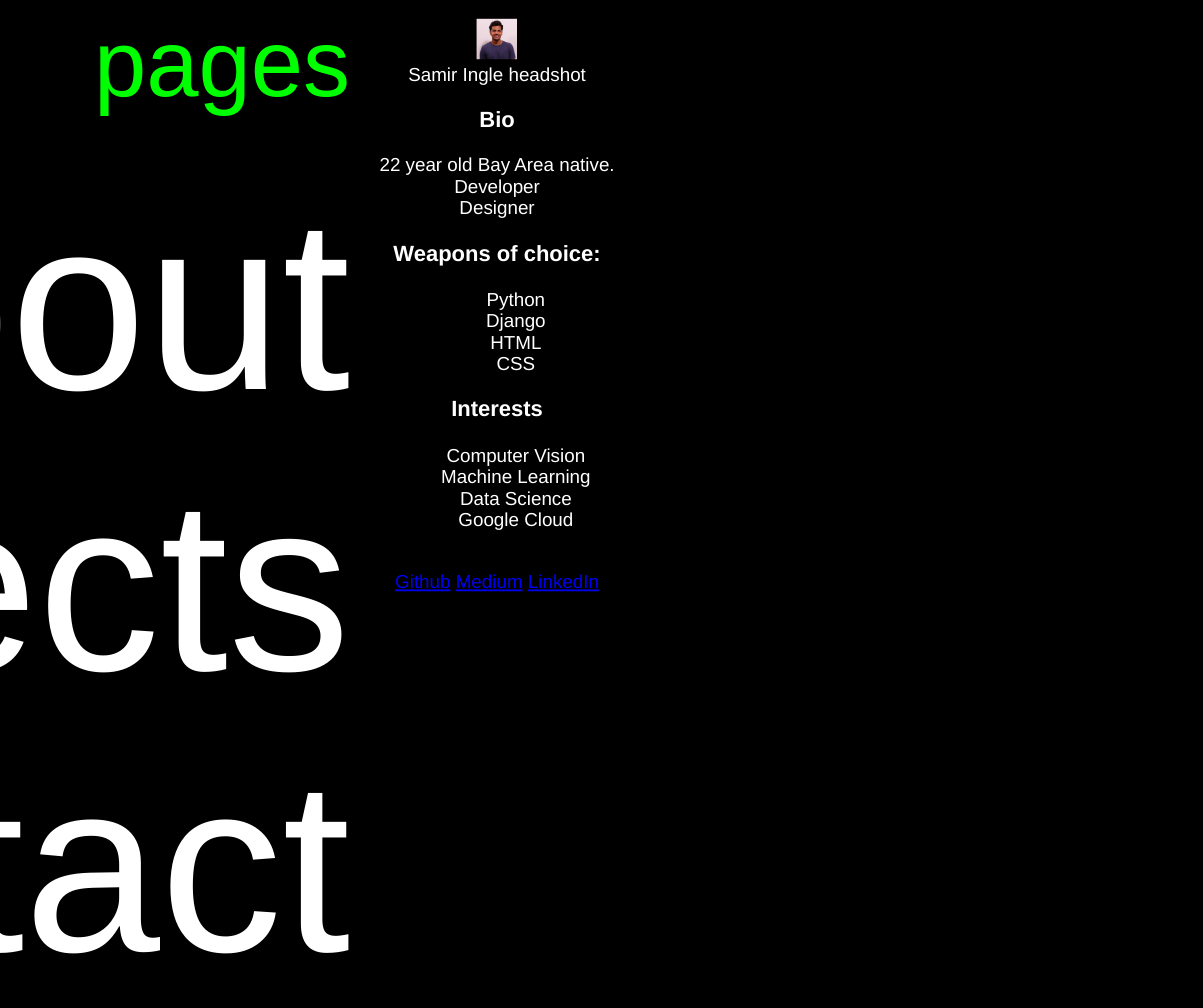
Repository: SamirIngley/html-semantic
Page: templates/about.html
These files come from the project's save history. The page is drawn as it stood at one moment and after the next save; the edit follows.
The browser window is 1280 px wide. The pictures show the whole page, at 94% of full size.

Above is the page before, as saved 2020-02-05 21:49:53.

### templates/about.html
<!DOCTYPE html>
<html lang="en">
<div class="wrapper">
    <head>
        <meta charset="UTF-8">
        <meta name="viewport" content="width=device-width, initial-scale=1.0">
        <meta http-equiv="X-UA-Compatible" content="ie=edge">
        <link href="style.css" rel="stylesheet">
        <title>Samir Ingle</title>
    </head>
    <body>

    </body>
    </html>
    <header-right>
        <nav>
            <div class='dropdown'>
                <button class='dropbtn'>pages</button>
                <div class="dropdown-content">
                    <a href="/about">about</a>
                    <a href="/projects">projects</a>
                    <a href="/contact">contact</a>
                </div>
            </div>
        </nav>
    </header-right>
    <body>
    <center>
    <figure>
            <img src="static/images/prof_pic.jpeg" alt="samir-profile-pic" style="width:20%;">
            <figcaption>Samir Ingle headshot</figcaption>
        </figure>

        <div class="bio">
            <h3>Bio</h3>
            <p>
            22 year old Bay Area native.
            <br>
            Developer
            <br>
            Designer
            </p>
        </div>
        <div class="bio">
            <h3>Weapons of choice:</h3>
            <ul>
                <li>Python</li>
                <li>Django</li>
                <li>HTML</li>
                <li>CSS</li>
            </ul>
        </div>
        <div class="bio">
            <h3>Interests</h3>
            <ul>
                <li>Computer Vision</li>
                <li>Machine Learning</li>
                <li>Data Science</li>
                <li>Google Cloud</li>
            </ul>
        </div>
            <p>

    </body>

    <footer>
            <br>
            <a href="https://github.com/SamirIngley">Github</a>
            <a href="https://medium.com/@SamirIngle">Medium</a>
            <a href="https://www.linkedin.com/in/samiringle/">LinkedIn</a>
    </footer>
    </center>
</div>

### templates/style.css

* {
    box-sizing: border-box;
}

body {
  margin: 0;
  font-size: 20px;
  background-color:rgb(0, 0, 0);
  color: white;
  font-family: Helvetica;
}


.wrapper {
    display: grid;
    grid-gap: 10px;
    grid-template-columns: repeat(4, 1fr);
    grid-template-rows: 100px 300px;
    /*
    The named areas below define where elements with
    those names are placed on the grid.
    */
    grid-template-areas:  "h h h r"
                          "m m m s"
                          "f . g g";
  }

.wrapper>div {
  color: white;
  font-family: Helvetica;
  padding: 1em;
  display: flex;
  justify-content: space-between;
  align-items: center;
  /* height: 20px; */
}

.header {
  /* Name this element to place it on the grid */
  grid-area: h;
}

.header-right {
  grid-area: r;
}

.main-content {
  grid-area: m;
}

.side-bar {
  grid-area: s;
}

.footer {
  grid-area: f;
}

.footer-right {
  grid-area: g;
}

.wrapper>div:nth-child(1) {
  background-color: #97edab
}

.wrapper>div:nth-child(2) {
  background-color: #e5db8e
}

.wrapper>div:nth-child(3) {
  background-color: #97dced
}

.wrapper>div:nth-child(4) {
  background-color: #97a1ed
}

.wrapper>div:nth-child(5) {
  background-color: #b597ed
}

.wrapper>div:nth-child(6) {
  background-color: #ed979e
}



/* ----- Bio ----- */

.bio ul {
  list-style: none;
}



/* ----- Nav ----- */
nav {
  background-color: rgba(215, 176, 251, 0);
  /* font-weight:bold; */
}


nav a {
  color: white;
  text-align: right;
  font-size: 2vw;
  text-decoration: none;
}

nav a:hover{
  color: lime;
}

nav a.active {
  background-color: orange;
  color: purple;
}


nav {
  display: flex;
  justify-content: flex-end;
  list-style: none;
} */
/*
nav {
    padding: 1em;
} */




.topnav {
  overflow: hidden;
  background-color: rgb(226, 226, 226);
}

.topnav a {
  float: right;
  color: #ffffff;
  text-align: center;
  padding: 14px 16px;
  text-decoration: none;
  font-size: 3px;
}

.topnav a:hover {
  background-color: #ddd;
  color: black;
}

.topnav a.active {
  background-color: lime;
  color: white;
}


/* -------- Drop Down -------- */

.dropbtn {
  background-color: rgba(247, 246, 246, 0);
  color: white;
  /* padding: 60px; */
  padding: 10px 0px 50px 100px;

  font-size: 5em;
  border: 1px;
  cursor: pointer;
}

.dropbtn:hover {
  color: lime;

}

.dropdown {
  position: relative;
  display: inline-block;
}

.dropdown-content {
  display: none;
  position: absolute;
  padding: 0px;
  border: 0px;
  margin: 0px;

  right: 0;
  background-color: #6f6f6f00;
  min-width: 200px;
  box-shadow: 0px 8px 16px 0px rgba(0,0,0,0.2);
  z-index: 1;
}

.dropdown-content a {
  color: white;
  padding: 100px 100px 100 100px;
  text-decoration: none;
  display: block;
  font-size: 13em;

}

.dropdown-content a:hover {background-color: #00000000;}

.dropdown:hover .dropdown-content {display: block;}
.dropdown:hover .dropbtn {background-color: #000000;}

After the next save:
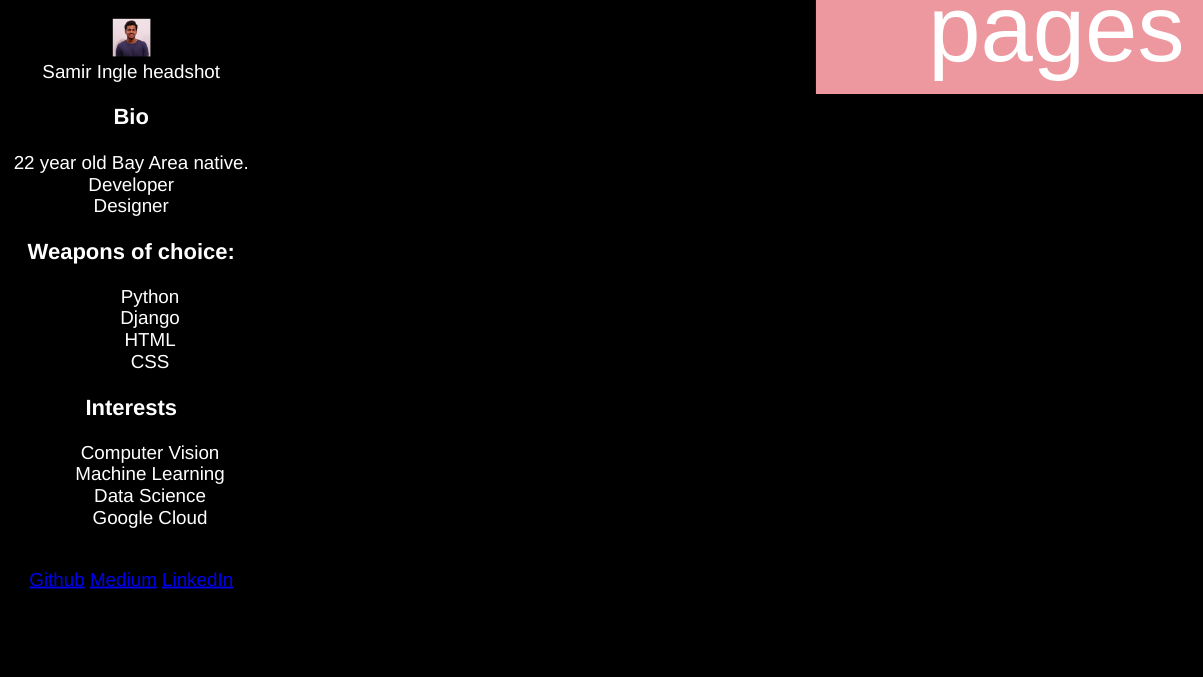
Saved 59 s later.
--- a/templates/about.html
+++ b/templates/about.html
@@ -12,8 +12,8 @@
 
     </body>
     </html>
-    <header-right>
-        <nav>
+    <div class="header-right">
+            <nav>
             <div class='dropdown'>
                 <button class='dropbtn'>pages</button>
                 <div class="dropdown-content">
@@ -23,7 +23,7 @@
                 </div>
             </div>
         </nav>
-    </header-right>
+    </div>
     <body>
     <center>
     <figure>
